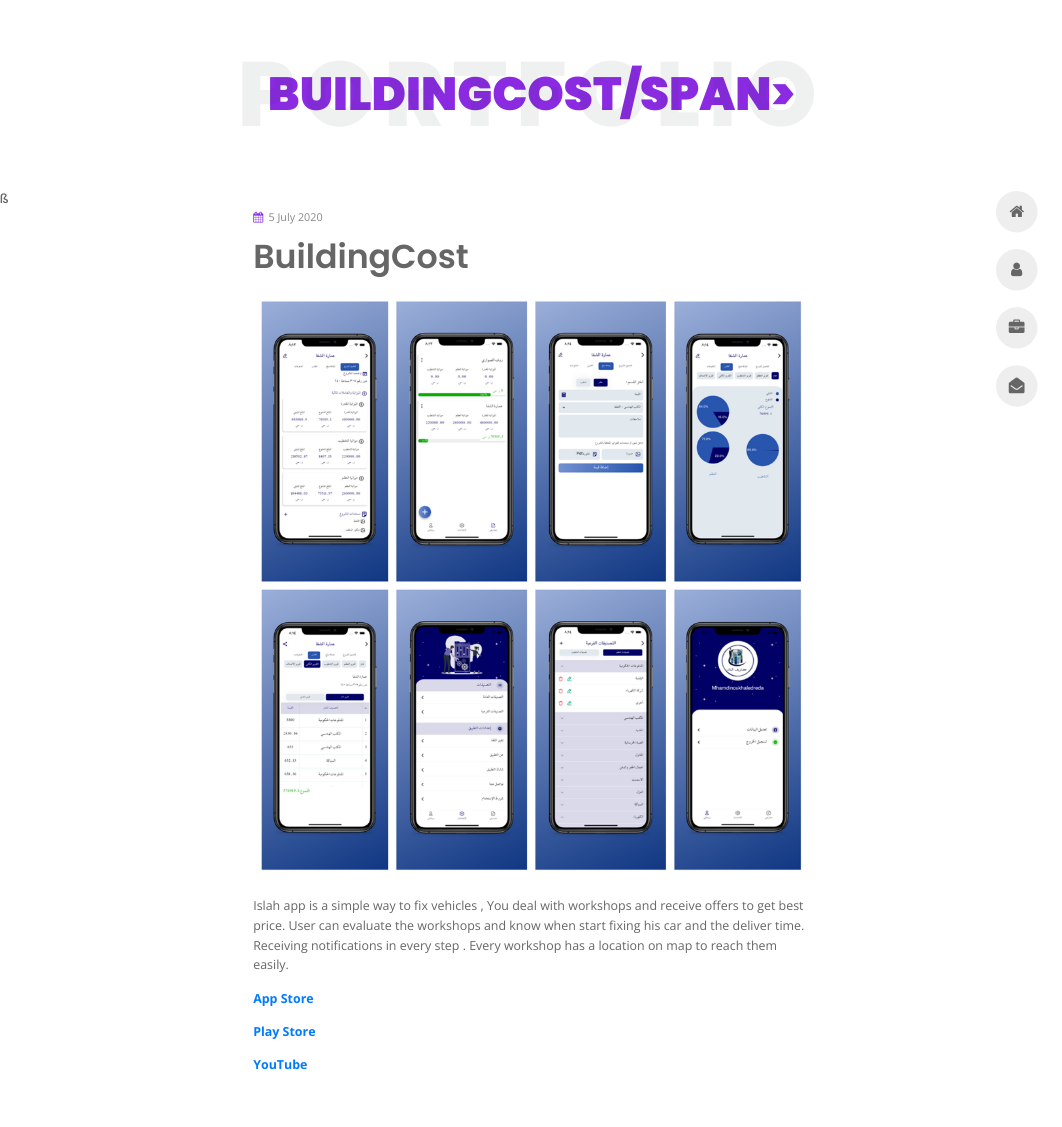
Repository: mhamdimno/mywebsite
Page: projects/buildingCost/index.html
An editor plug-in stored every save of this project. The page is shown before and after the next save, followed by the edit.
The browser window is 1280 px wide. The pictures show the whole page, at 83% of full size.

Above is the page before, as saved 2021-09-10 14:45:11.

### projects/buildingCost/index.html
<!DOCTYPE html>
<html lang="en">

<head>
    <meta charset="utf-8">
    <title>Portfoilio | buildingCost</title>
    <meta name="viewport" content="width=device-width, initial-scale=1">

    <!-- Template Google Fonts -->
    <link href="https://fonts.googleapis.com/css?family=Poppins:400,400i,500,500i,600,600i,700,700i,800,800i,900,900i" rel="stylesheet">
    <link href="https://fonts.googleapis.com/css?family=Open+Sans:300,400,400i,600,600i,700" rel="stylesheet">

    <!-- Template CSS Files -->
    <link href="../../css/bootstrap.min.css" rel="stylesheet">
    <link href="../../css/preloader.min.css" rel="stylesheet">
    <link href="../../css/circle.css" rel="stylesheet">
    <link href="../../css/font-awesome.min.css" rel="stylesheet">
    <link href="../../css/fm.revealator.jquery.min.css" rel="stylesheet">
    <link href="../../css/style.css" rel="stylesheet">



    <!-- Modernizr JS File -->
    <script src="../../js/modernizr.custom.js"></script>
</head>

<body class="blog-post light">
<!-- Header Starts -->
<header class="header" id="navbar-collapse-toggle">
    <!-- Fixed Navigation Starts -->
    <ul class="icon-menu d-none d-lg-block revealator-slideup revealator-once revealator-delay1">
        <li class="icon-box">
            <i class="fa fa-home"></i>
            <a href="../../index.html">
                <h2>Home</h2>
            </a>
        </li>
        <li class="icon-box">
            <i class="fa fa-user"></i>
            <a href="../../about.html">
                <h2>About</h2>
            </a>
        </li>
        <li class="icon-box">
            <i class="fa fa-briefcase"></i>
            <a href="../../portfolio.html">
                <h2>Portfolio</h2>
            </a>
        </li>
        <li class="icon-box">
            <i class="fa fa-envelope-open"></i>
            <a href="../../contact.html">
                <h2>Contact</h2>
            </a>
        </li>
    </ul>
    <!-- Fixed Navigation Ends -->
    <!-- Mobile Menu Starts -->
    <nav role="navigation" class="d-block d-lg-none">
        <div id="menuToggle">
            <input type="checkbox" />
            <span></span>
            <span></span>
            <span></span>
            <ul class="list-unstyled" id="menu">
                <li><a href="../../index.html"><i class="fa fa-home"></i><span>Home</span></a></li>
                <li><a href="../../about.html"><i class="fa fa-user"></i><span>About</span></a></li>
                <li><a href="../../portfolio.html"><i class="fa fa-folder-open"></i><span>Portfolio</span></a></li>
                <li><a href="../../contact.html"><i class="fa fa-envelope-open"></i><span>Contact</span></a></li>
            </ul>
        </div>
    </nav>
    <!-- Mobile Menu Ends -->
</header>
<!-- Header Ends -->
<!-- Page Title Starts -->
<section class="title-section text-left text-sm-center revealator-slideup revealator-once revealator-delay1">
    <h1><span>buildingCost/span></h1>
    <span class="title-bg">Portfolio</span>
</section>ß
<!-- Page Title Ends -->
<!-- Main Content Starts -->
<section class="main-content revealator-slideup revealator-once revealator-delay1">
    <div class="container">
        <div class="row">
            <!-- Article Starts -->
            <article class="col-12">
                <!-- Meta Starts -->
                <div class="meta open-sans-font">
                    <span class="date"><i class="fa fa-calendar"></i> 5 July 2020</span>
                    <span></span>
                </div>
                <!-- Meta Ends -->
                <!-- Article Content Starts -->
                    <h1 class="text-uppercase text-capitalize">buildingCost</h1>

                <img src="../../img/projects/buildingCost.jpg" class="img-fluid" alt="Blog image"/>
                <div class="blog-excerpt open-sans-font pb-5">
                    <p>Islah app is a simple way to fix vehicles , You deal with workshops and receive offers to get best price. User can evaluate the workshops and know when start fixing his car and the deliver time. Receiving notifications in every step . Every workshop has a location on map to reach them easily.</p>

                    <p>
                        <strong><a href="https://apps.apple.com/eg/app/islah-إصلاح/id1449841205" target="_blank">App Store</a></strong>

                        <!--<div class="videoWrapper">
                            <iframe width="560" height="349" src="https://www.youtube.com/watch?v=rwyUKQitc4o&feature=youtu.be" frameborder="0" allowfullscreen></iframe>
                          </div>-->
                    </p>

                    <p>
                        <strong><a href="https://play.google.com/store/apps/details?id=codes.devslab.islah" target="_blank">Play Store</a></strong>

                        <!--<div class="videoWrapper">
                            <iframe width="560" height="349" src="https://www.youtube.com/watch?v=rwyUKQitc4o&feature=youtu.be" frameborder="0" allowfullscreen></iframe>
                          </div>-->
                    </p>

                    <p>
                        <strong><a href="https://youtu.be/cm4AzzdyxH4" target="_blank">YouTube</a></strong>

                        <!--<div class="videoWrapper">
                            <iframe width="560" height="349" src="https://www.youtube.com/watch?v=rwyUKQitc4o&feature=youtu.be" frameborder="0" allowfullscreen></iframe>
                          </div>-->
                    </p>

                </div>
                <!-- Article Content Ends -->
            </article>
            <!-- Article Ends -->
        </div>
    </div>
</section>
<!-- Template JS Files -->
<script src="../../js/jquery-3.5.0.min.js"></script>
<script src="../../js/styleswitcher.js"></script>
<script src="../../js/preloader.min.js"></script>
<script src="../../js/fm.revealator.jquery.min.js"></script>
<script src="../../js/imagesloaded.pkgd.min.js"></script>
<script src="../../js/masonry.pkgd.min.js"></script>
<script src="../../js/classie.js"></script>
<script src="../../js/cbpGridGallery.js"></script>
<script src="../../js/jquery.hoverdir.js"></script>
<script src="../../js/popper.min.js"></script>
<script src="../../js/bootstrap.js"></script>
<script src="../../js/custom.js"></script>

</body>

</html>

Loaded but not shown: css/bootstrap.min.css (library); css/preloader.min.css (common file); css/font-awesome.min.css (library); css/fm.revealator.jquery.min.css (common file); js/modernizr.custom.js (library); js/jquery-3.5.0.min.js (library); js/preloader.min.js (common file); js/fm.revealator.jquery.min.js (common file); js/imagesloaded.pkgd.min.js (library); js/masonry.pkgd.min.js (library); js/jquery.hoverdir.js (library); js/popper.min.js (library); js/bootstrap.js (library); js/cbpGridGallery.js (364 lines, source omitted); js/styleswitcher.js (218 lines, source omitted); js/custom.js (142 lines, source omitted); js/classie.js (68 lines, source omitted); css/style.css (1791 lines, source omitted); css/circle.css (1054 lines, source omitted)

After the next save:
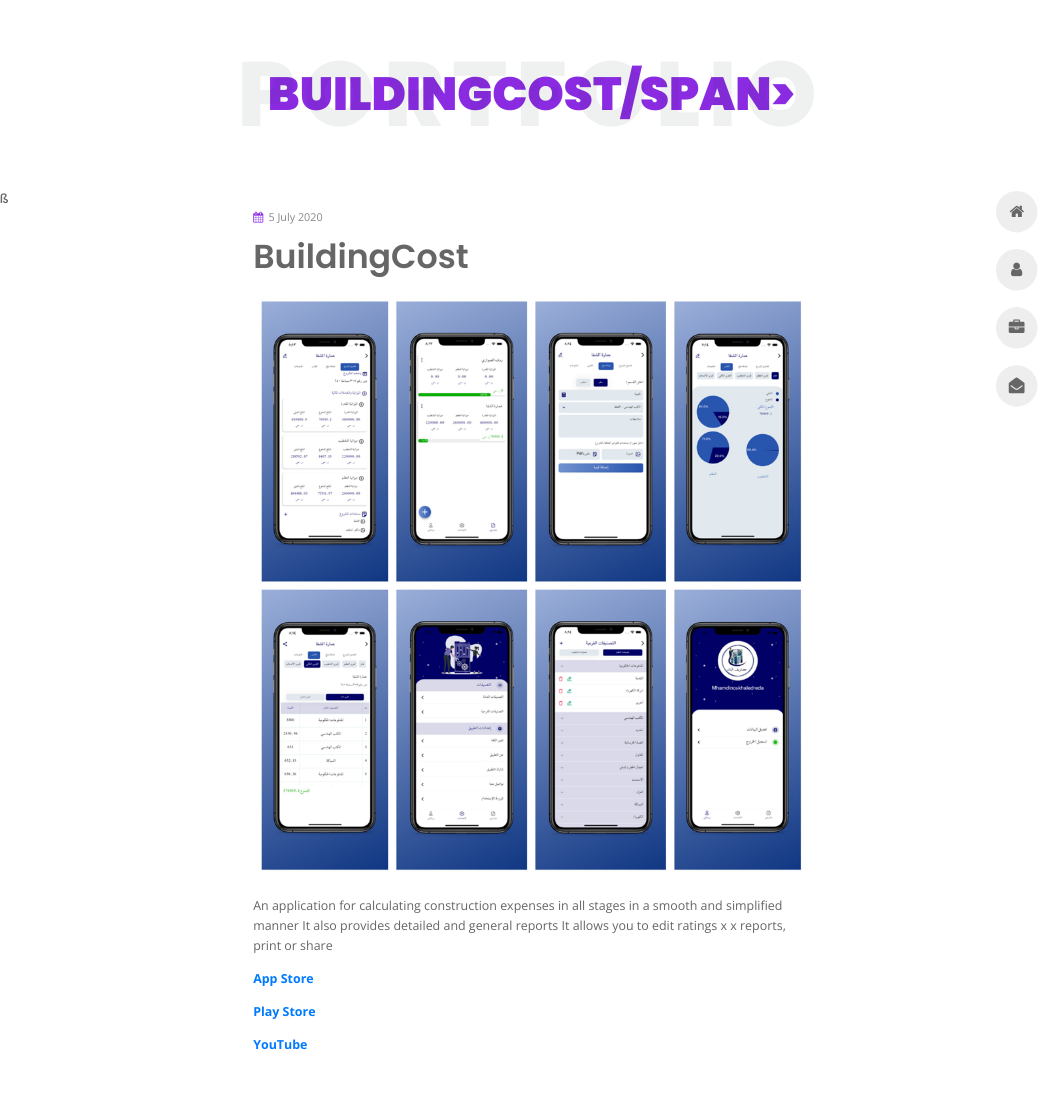
Saved 47 s later.
--- a/projects/buildingCost/index.html
+++ b/projects/buildingCost/index.html
@@ -96,8 +96,11 @@
 
                 <img src="../../img/projects/buildingCost.jpg" class="img-fluid" alt="Blog image"/>
                 <div class="blog-excerpt open-sans-font pb-5">
-                    <p>Islah app is a simple way to fix vehicles , You deal with workshops and receive offers to get best price. User can evaluate the workshops and know when start fixing his car and the deliver time. Receiving notifications in every step . Every workshop has a location on map to reach them easily.</p>
-
+                    <p>
+                        An application for calculating construction expenses in all stages in a smooth and simplified manner
+                        It also provides detailed and general reports
+                        It allows you to edit ratings
+                        x x reports, print or share
                     <p>
                         <strong><a href="https://apps.apple.com/eg/app/islah-إصلاح/id1449841205" target="_blank">App Store</a></strong>
 
